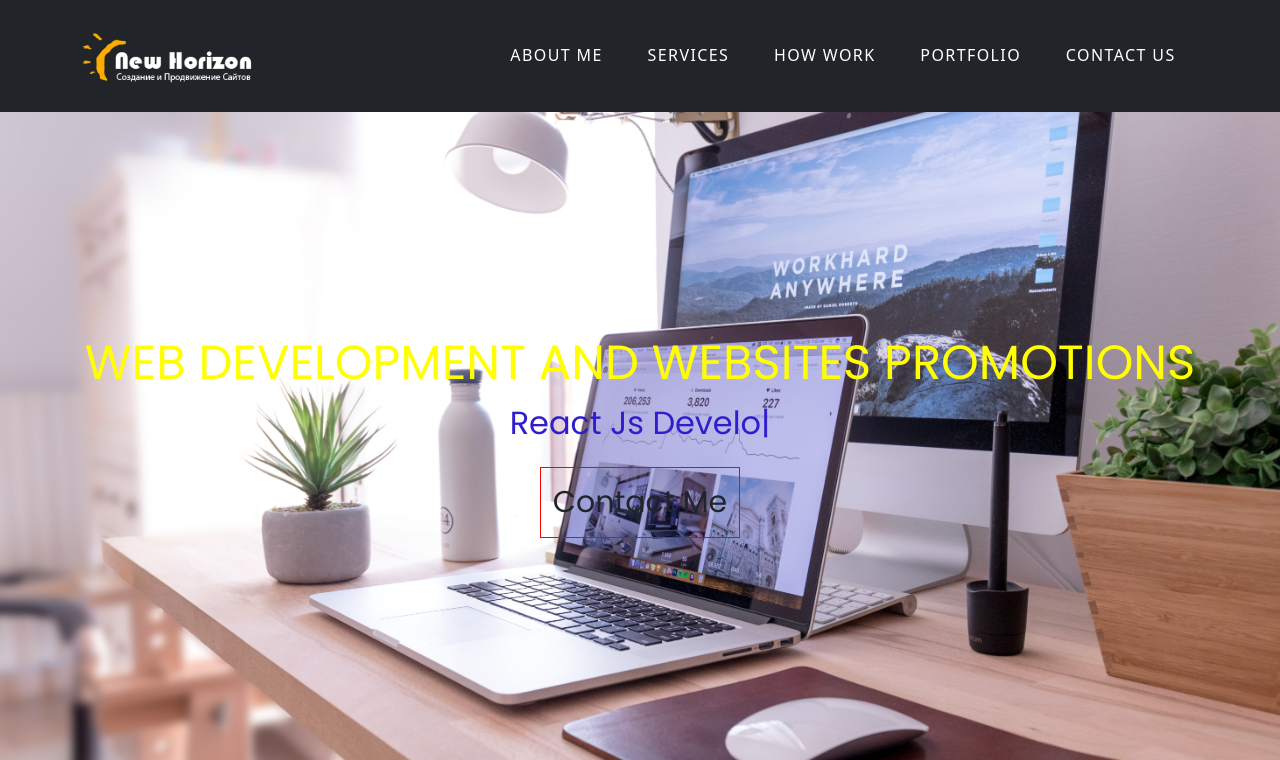
Repository: ahmedibrahimhassan654/React-Bootstrap-5
Page: /
These files come from the project's save history. The page is drawn as it stood at one moment and after a run of saves; the edit follows.
The browser window is 1280 px wide. The pictures show the whole page.
The project was rebuilt for these pictures with package versions that can differ from the ones it lists, and the page was loaded fresh each time.

Above is the page before, as saved 2021-11-25 07:41:42.

### public/index.html
<!DOCTYPE html>
<html lang="en">
  <head>
    <meta charset="utf-8" />
    <link rel="icon" href="%PUBLIC_URL%/favicon.ico" />
    <meta name="viewport" content="width=device-width, initial-scale=1" />
    <meta name="theme-color" content="#000000" />
    <meta
      name="description"
      content="Web site created using create-react-app"
    />
    <link rel="apple-touch-icon" href="%PUBLIC_URL%/logo192.png" />
    <!--
      manifest.json provides metadata used when your web app is installed on a
      user's mobile device or desktop. See https://developers.google.com/web/fundamentals/web-app-manifest/
    -->
    <link rel="manifest" href="%PUBLIC_URL%/manifest.json" />
    <!--
      Notice the use of %PUBLIC_URL% in the tags above.
      It will be replaced with the URL of the `public` folder during the build.
      Only files inside the `public` folder can be referenced from the HTML.

      Unlike "/favicon.ico" or "favicon.ico", "%PUBLIC_URL%/favicon.ico" will
      work correctly both with client-side routing and a non-root public URL.
      Learn how to configure a non-root public URL by running `npm run build`.
    -->
    <title>React App</title>
  </head>
  <body>
    <noscript>You need to enable JavaScript to run this app.</noscript>
    <div id="root"></div>


 <script src="https://cdn.jsdelivr.net/npm/bootstrap@5.0.2/dist/js/bootstrap.bundle.min.js" integrity="sha384-MrcW6ZMFYlzcLA8Nl+NtUVF0sA7MsXsP1UyJoMp4YLEuNSfAP+JcXn/tWtIaxVXM" crossorigin="anonymous"></script>

  </body>
</html>

### src/App.js
import "./App.css";
import "bootstrap/dist/css/bootstrap.min.css";
import Navbar from "./components/Navbar";
import Header from "./components/Header";
function App() {
  return (
    <>
      <Navbar />
      <Header />
    </>
  );
}

export default App;

### src/App.css
/* Font Imported */
@import url("https://fonts.googleapis.com/css2?family=Poppins:wght@300;400&family=Work+Sans:wght@300&display=swap");

:root {
  --primary-white: #fff;
  --primary-orage: #f4c53f;
  --primary-dark: #212529;
  --primary-green: #44ee17;
}

body {
  font-family: "Poppins", sans-serif;
}
/* Nav Bar */
.logo {
  width: 16.25rem;
}
/* Menu Link */

nav a.nav-link {
  /* font-weight: 900; */
  letter-spacing: 0.0875rem;
  cursor: pointer;
}
nav ul li {
  text-transform: uppercase;
}
.navbar-nav li a {
  color: var(--primary-white) !important;
  margin-right: 0.9rem;
  margin-left: 0.9rem;
  border-bottom: 0.1875rem solid var(--primary-dark);
}
.navbar-brand {
  max-width: 17.25rem;
  padding: 0 !important;
  height: 6rem;
}
.navbar-nav li a.active,
.navbar-nav li a.active:focus {
  border-bottom: 0.1875rem solid var(--primary-orage);
}
.navbar-nav li a:hover {
  border-top: 0.1875rem solid var(--primary-green);
}
/* Header */
.header-wraper {
  position: relative;
  background-image: url("/src/img/cover.jpg");
  background-size: cover;
  background-position: center;
  height: 90vh;
}
.maininfo {
  display: flex;
  position: absolute;
  flex-direction: column;
  justify-content: center;
  align-items: center;
  text-align: center;
  top: 0;
  right: 0;
  bottom: 0;
  left: 0;
  font-family: "Poppins", sans-serif;
}
.maininfo h1 {
  color: yellow;
  text-transform: uppercase;

  font-size: 3rem;
}

.text-typed {
  color: #2f1dce;
  font-size: 2rem;
}
.btn-main-offer {
  border: 1px solid red;
  text-decoration: none;
  border-radius: 0;
  padding: 12px 12px 12px 12px;
  color: var(--primary-dark);
  font-size: 30px;
  font-weight: 40px;
  margin-top: 20px;
}

### src/components/Navbar.jsx
import React from "react";
import logo from "../logo.png";

import { FontAwesomeIcon } from "@fortawesome/react-fontawesome";
import { faBars } from "@fortawesome/free-solid-svg-icons";

const Navbar = () => {
  return (
    <>
      <nav className="navbar navbar-expand-lg navbar-light bg-dark">
        <div className="container">
          <a className="navbar-brand" href="#">
            <img className="logo" src={logo} alt=" logo ...." />
          </a>
          <button
            className="navbar-toggler"
            type="button"
            data-bs-toggle="collapse"
            data-bs-target="#navbarSupportedContent"
            aria-controls="navbarSupportedContent"
            aria-expanded="false"
            aria-label="Toggle navigation"
          >
            <FontAwesomeIcon icon={faBars} style={{ color: "orange" }} />
          </button>
          <div className="collapse navbar-collapse" id="navbarSupportedContent">
            <ul className="navbar-nav ms-auto mb-2 mb-lg-0">
              <li className="nav-item">
                <a className="nav-link " aria-current="page" href="#">
                  about me
                </a>
              </li>
              <li className="nav-item">
                <a className="nav-link" href="#">
                  services
                </a>
              </li>
              <li className="nav-item">
                <a className="nav-link" href="#">
                  How work
                </a>
              </li>
              <li className="nav-item">
                <a className="nav-link" href="#">
                  Portfolio
                </a>
              </li>
              <li className="nav-item">
                <a className="nav-link" href="#">
                  Contact Us
                </a>
              </li>
            </ul>
          </div>
        </div>
      </nav>
    </>
  );
};

export default Navbar;

### src/components/Header.jsx
import React from "react";
import Typed from "react-typed";
const Header = () => {
  return (
    <div className="header-wraper">
      <div className="maininfo">
        <h1> web development and websites promotions</h1>
        <Typed
          className="text-typed"
          strings={[
            "Node Js Developer",
            "React Js Developer",
            "MERN Stack Web Developer",
          ]}
          typeSpeed={80}
          backSpeed={60}
          loop
        />
        <a href="#" className="btn-main-offer">
          Contact Me
        </a>
      </div>
    </div>
  );
};

export default Header;

Loaded but not shown: src/index.js (common file); src/reportWebVitals.js (common file)

After the next 2 saves:
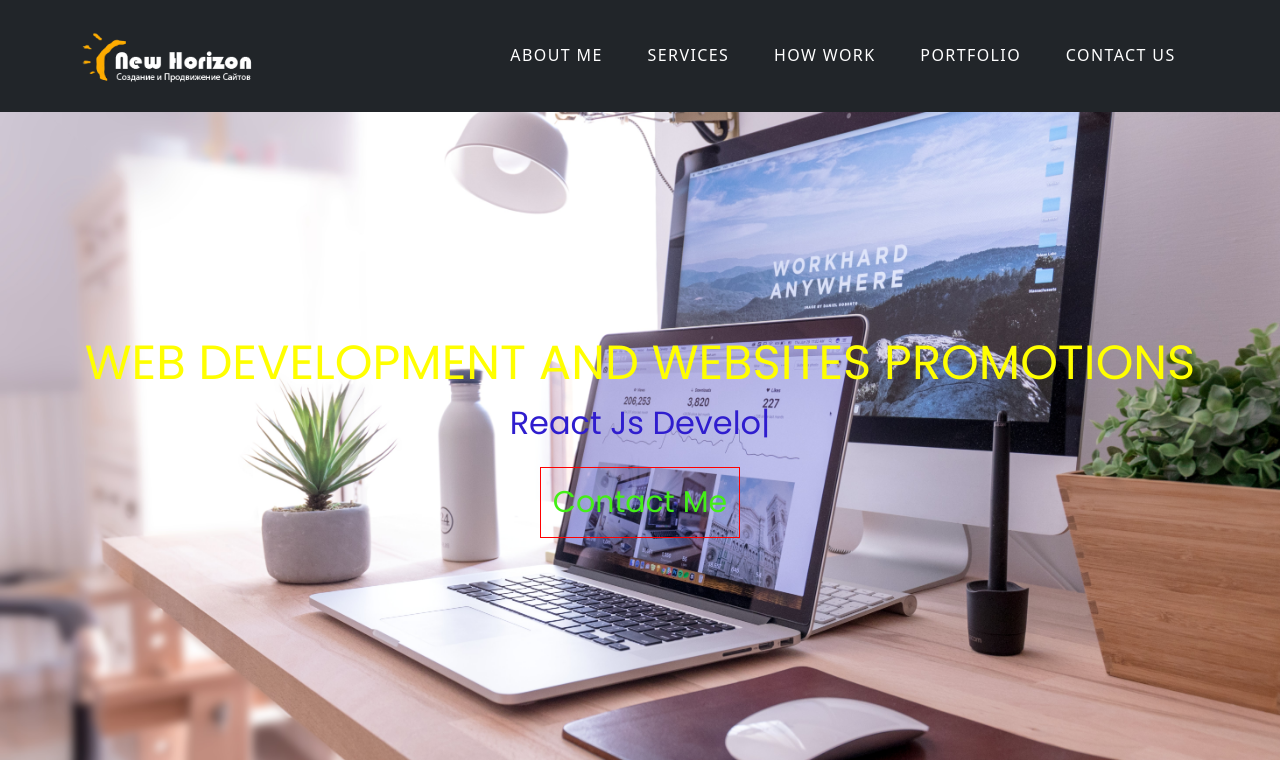
The 2 saves are shown as one change because they came seconds apart.
The last was saved 37 s later.
--- a/src/App.css
+++ b/src/App.css
@@ -80,7 +80,7 @@ nav ul li {
   text-decoration: none;
   border-radius: 0;
   padding: 12px 12px 12px 12px;
-  color: var(--primary-dark);
+  color: var(--primary-green);
   font-size: 30px;
   font-weight: 40px;
   margin-top: 20px;
